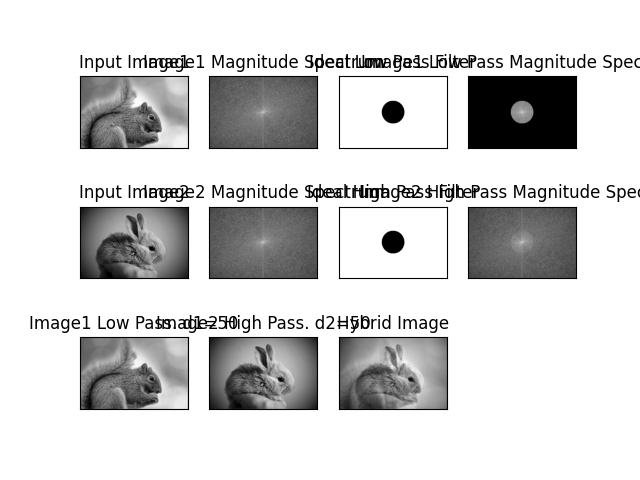
Repository: Yuer-yuan/CV
Script's output: python lab1-hybrid-image/gui/fft.py
These files come from the project's save history. The script's output is drawn as it stood at one moment and after the next save; the edit follows.
Random numbers start from a fixed seed. It also reads lab1-hybrid-image/gui/res/bunny1.png, lab1-hybrid-image/gui/res/squirrel1.png.

Above is the script's output before, as saved 2023-03-26 21:32:58.

### lab1-hybrid-image/gui/fft.py
import cv2
import numpy as np
from matplotlib import pyplot as plt

pairs = [
    ('res/squirrel1.png', 'res/bunny1.png'),
    ('res/cat.jpg', 'res/dog.jpg'),
    ('res/donkey1.png', 'res/zebra1.png'),
]
ksize1, sigma1, ksize2, sigma2 = 39, 11, 21, 5
d1, d2 = 50, 50


def ideal_spectral_filter(shape, d, type='lowpass'):
    m, n = shape
    basic_element = 0 if type == 'lowpass' else 1
    pass_element = 1 if type == 'lowpass' else 0
    h = np.full((m, n), basic_element, dtype=np.float32)
    for i in range(m):
        for j in range(n):
            if np.sqrt((i - m / 2) ** 2 + (j - n / 2) ** 2) <= d:
                    h[i, j] = ~basic_element
    return h


def spatial_hybrid_image(img1, img2, ksize1, sigma1, ksize2, sigma2):
    img1_low_pass = cv2.GaussianBlur(img1, (ksize1, ksize1), sigma1)
    img2_high_pass = cv2.subtract(img2, cv2.GaussianBlur(img2, (ksize2, ksize2), sigma2))
    hybrid_image = cv2.add(img1_low_pass, img2_high_pass)

    plt.subplot(321), plt.imshow(img1, cmap='gray')
    plt.title('Input Image1'), plt.xticks([]), plt.yticks([])
    plt.subplot(322), plt.imshow(img1_low_pass, cmap='gray')
    plt.title(f'Image1 Low Pass. ksize1 = {ksize1}, sigma1 = {sigma1}'), plt.xticks([]), plt.yticks([])
    plt.subplot(323), plt.imshow(hybrid_image, cmap='gray')
    plt.title('Hybrid Image'), plt.xticks([]), plt.yticks([])
    plt.subplot(324), plt.imshow(img2, cmap='gray')
    plt.title('Input Image2'), plt.xticks([]), plt.yticks([])
    plt.subplot(325), plt.imshow(img2_high_pass, cmap='gray')
    plt.title(f'Image2 High Pass. ksize2 = {ksize2}, sigma2 = {sigma2}'), plt.xticks([]), plt.yticks([])
    plt.show()


def spectral_hybrid_image(image1, image2, d1, d2):  # ref: https://www.youtube.com/watch?v=YVBxM64kpkU
    f1 = np.fft.fft2(np.float32(image1))
    f2 = np.fft.fft2(np.float32(image2))
    f1shift = np.fft.fftshift(f1)
    f2shift = np.fft.fftshift(f2)
    h1 = ideal_spectral_filter(f1.shape, d1, type='lowpass')
    h2 = ideal_spectral_filter(f2.shape, d2, type='highpass')
    f1_filtered = f1shift * h1
    f2_filtered = f2shift * h2
    f1_filtered_shift = np.fft.ifftshift(f1_filtered)
    f2_filtered_shift = np.fft.ifftshift(f2_filtered)
    f1_filtered_ifft = np.fft.ifft2(f1_filtered_shift)
    f2_filtered_ifft = np.fft.ifft2(f2_filtered_shift)
    hybrid_image = np.abs(f1_filtered_ifft) + np.abs(f2_filtered_ifft)

    plt.subplot(3, 4, 1), plt.imshow(image1, cmap='gray')
    plt.title('Input Image1'), plt.xticks([]), plt.yticks([])
    plt.subplot(3, 4, 2), plt.imshow(np.log1p(np.abs(f2shift)), cmap='gray')
    plt.title('Image1 Magnitude Spectrum'), plt.xticks([]), plt.yticks([])
    plt.subplot(3, 4, 3), plt.imshow(h1, cmap='gray')
    plt.title('Ideal Low Pass Filter'), plt.xticks([]), plt.yticks([])
    plt.subplot(3, 4, 4), plt.imshow(np.log1p(np.abs(f1_filtered)), cmap='gray')
    plt.title('Image1 Low Pass Magnitude Spectrum'), plt.xticks([]), plt.yticks([])
    plt.subplot(3, 4, 5), plt.imshow(image2, cmap='gray')
    plt.title('Input Image2'), plt.xticks([]), plt.yticks([])
    plt.subplot(3, 4, 6), plt.imshow(np.log1p(np.abs(f2shift)), cmap='gray')
    plt.title('Image2 Magnitude Spectrum'), plt.xticks([]), plt.yticks([])
    plt.subplot(3, 4, 7), plt.imshow(h2, cmap='gray')
    plt.title('Ideal High Pass Filter'), plt.xticks([]), plt.yticks([])
    plt.subplot(3, 4, 8), plt.imshow(np.log1p(np.abs(f2_filtered)), cmap='gray')
    plt.title('Image2 High Pass Magnitude Spectrum'), plt.xticks([]), plt.yticks([])
    plt.subplot(3, 4, 9), plt.imshow(np.abs(f1_filtered_ifft), cmap='gray')
    plt.title(f'Image1 Low Pass. d1={d1}'), plt.xticks([]), plt.yticks([])
    plt.subplot(3, 4, 10), plt.imshow(np.abs(f2_filtered_ifft), cmap='gray')
    plt.title(f'Image2 High Pass. d2={d2}'), plt.xticks([]), plt.yticks([])
    plt.subplot(3, 4, 11), plt.imshow(hybrid_image, cmap='gray')
    plt.title('Hybrid Image'), plt.xticks([]), plt.yticks([])
    plt.show()
    return hybrid_image


if __name__ == '__main__':
    pair_idx = 0
    img1 = cv2.imread(pairs[pair_idx][0], 0)    # read as grayscale
    img2 = cv2.imread(pairs[pair_idx][1], 0)

    # spatial_hybrid_image(img1, img2, ksize1, sigma1, ksize2, sigma2)
    spectral_hybrid_image(img1, img2, d1, d2)

After the next save:
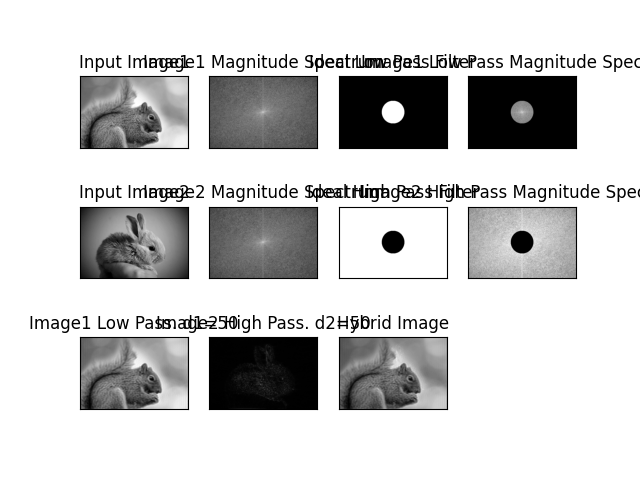
Saved 6 s later.
--- a/lab1-hybrid-image/gui/fft.py
+++ b/lab1-hybrid-image/gui/fft.py
@@ -19,7 +19,7 @@ def ideal_spectral_filter(shape, d, type='lowpass'):
     for i in range(m):
         for j in range(n):
             if np.sqrt((i - m / 2) ** 2 + (j - n / 2) ** 2) <= d:
-                    h[i, j] = ~basic_element
+                    h[i, j] = pass_element
     return h
 
 
